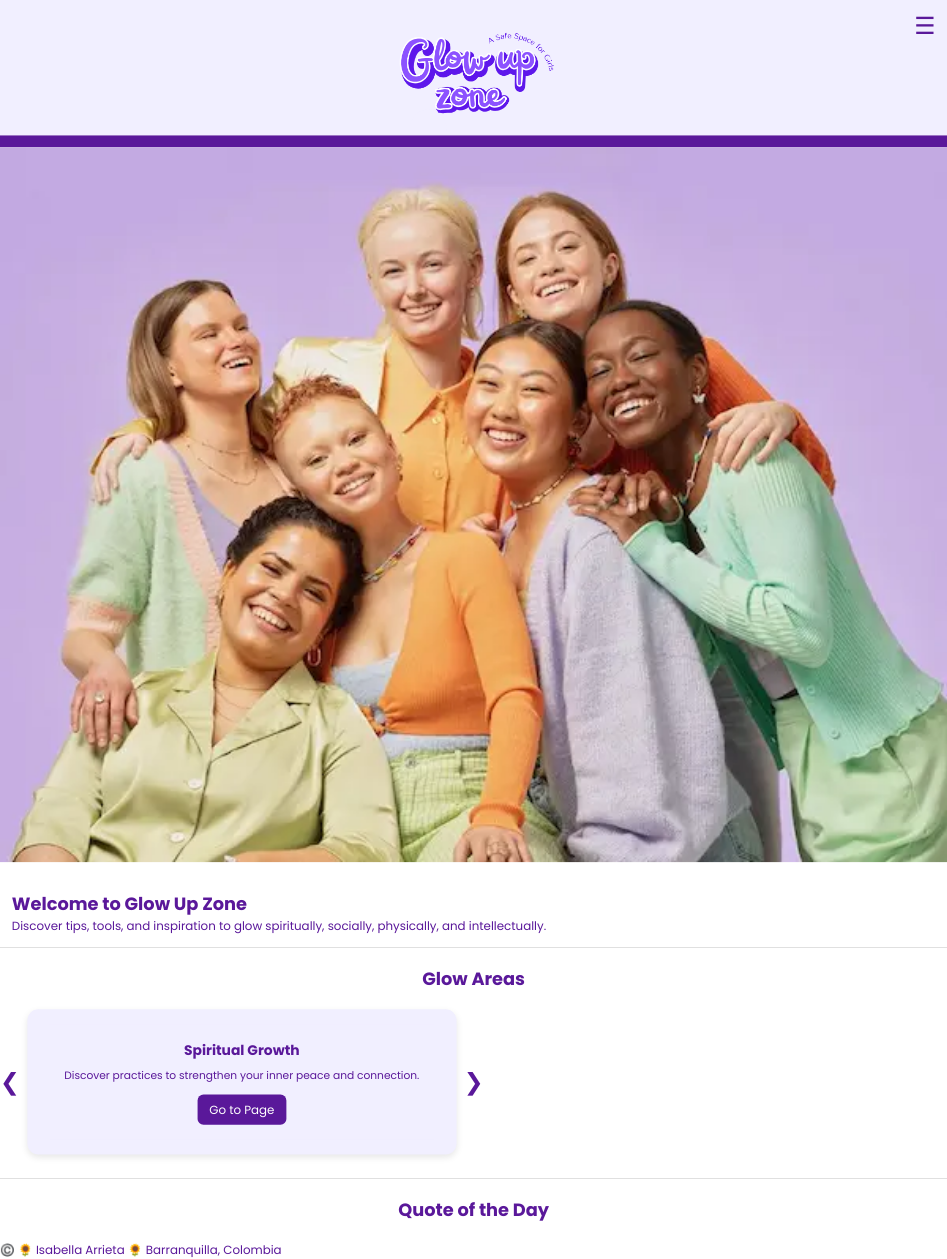
Repository: isaAJ05/wdd131
Page: final-project/final-project.html
An editor plug-in stored every save of this project. The page is shown before and after the next save, followed by the edit.
The browser window is 1280 px wide. The pictures show the whole page, at 74% of full size.

Above is the page before, as saved 2025-08-09 01:26:54.

After the next save:
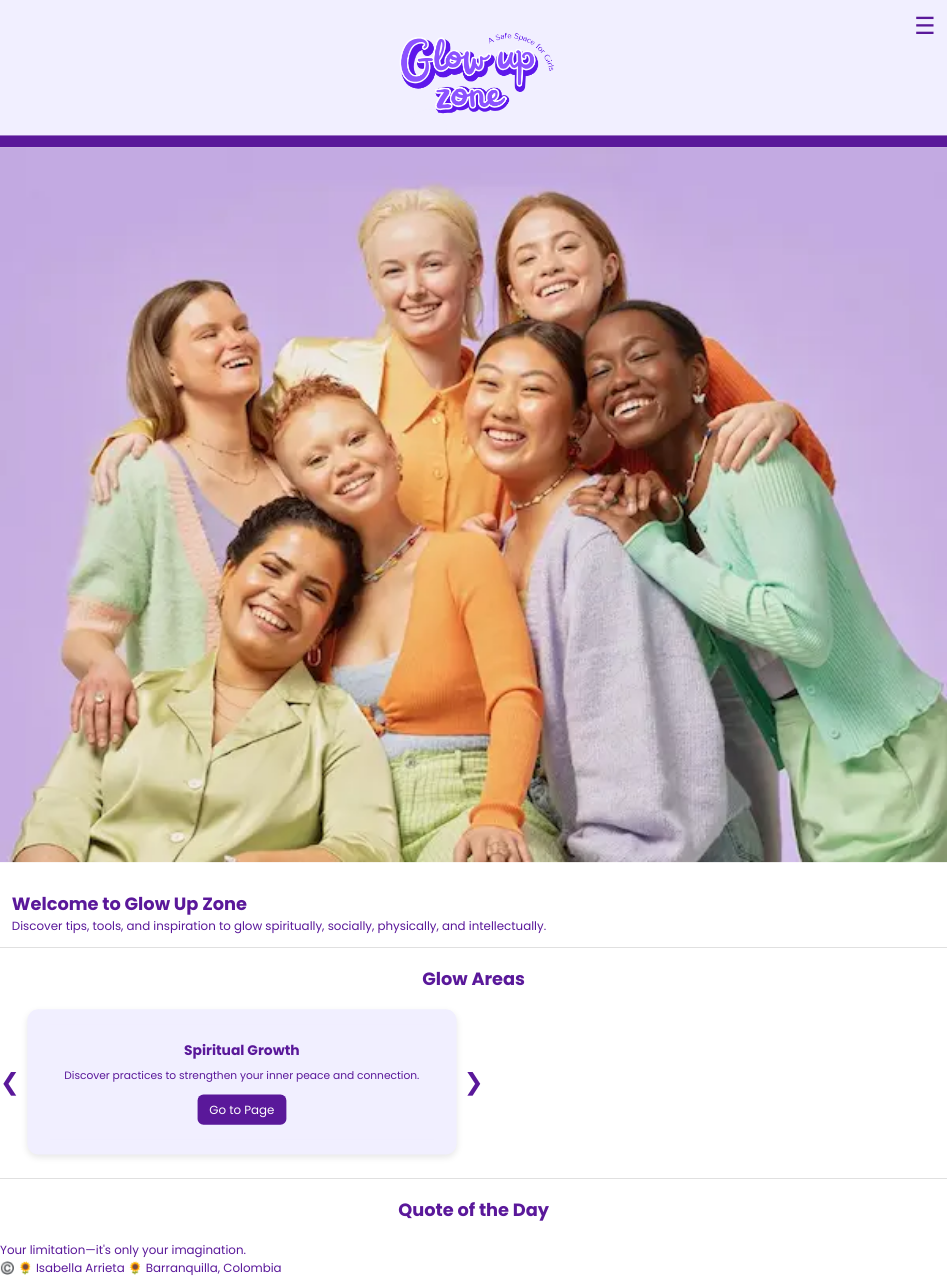
Saved 86 s later.
--- a/final-project/scripts/final-project.js
+++ b/final-project/scripts/final-project.js
@@ -53,3 +53,30 @@ document.querySelector(".arrow.left").addEventListener("click", () => {
 });
 
 updateCard();
+const quotes = [
+  "The best way to get started is to quit talking and begin doing.",
+  "Do something today that your future self will thank you for.",
+  "Don't watch the clock; do what it does. Keep going.",
+  "Your limitation—it's only your imagination.",
+  "Great things never come from comfort zones.",
+  "Dream it. Wish it. Do it.",
+  "Push yourself, because no one else is going to do it for you."
+];
+
+function getQuoteOfTheDay() {
+  const today = new Date().toDateString(); // Ej: "Sat Aug 09 2025"
+  const savedDate = localStorage.getItem("quoteDate");
+  const savedQuote = localStorage.getItem("quoteText");
+
+  if (savedDate === today && savedQuote) {
+    return savedQuote; // Si ya hay frase para hoy, usa la misma
+  } else {
+    const randomIndex = Math.floor(Math.random() * quotes.length);
+    const newQuote = quotes[randomIndex];
+    localStorage.setItem("quoteDate", today);
+    localStorage.setItem("quoteText", newQuote);
+    return newQuote;
+  }
+}
+
+document.getElementById("quote-text").textContent = getQuoteOfTheDay();
